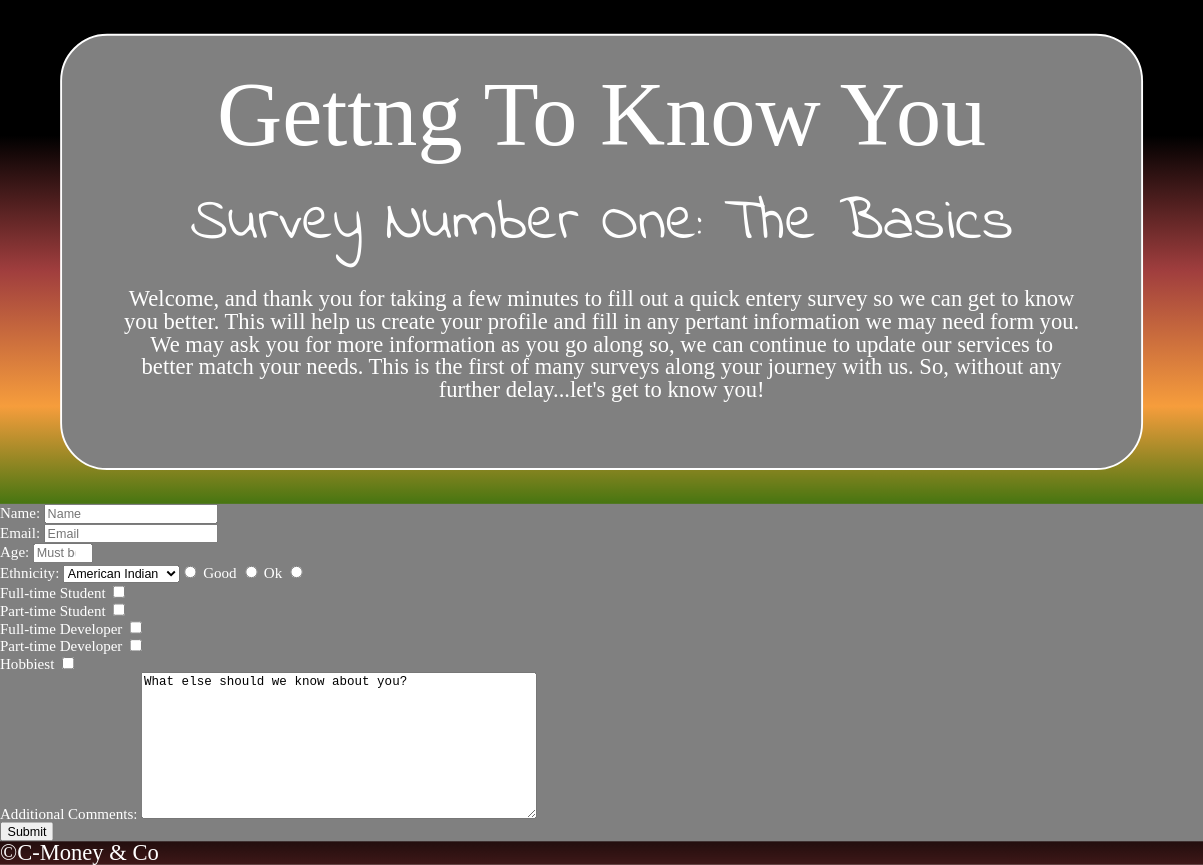
Repository: ctcoleman/surveyForm
Page: index.html
An editor plug-in stored every save of this project. The page is shown before and after a run of saves, followed by the edit.
The browser window is 1280 px wide. The pictures show the whole page, at 94% of full size.
Some web fonts or font styles are not loaded; a fallback is used.

Above is the page before, as saved 2020-06-29 11:08:29.

After the next 4 saves:
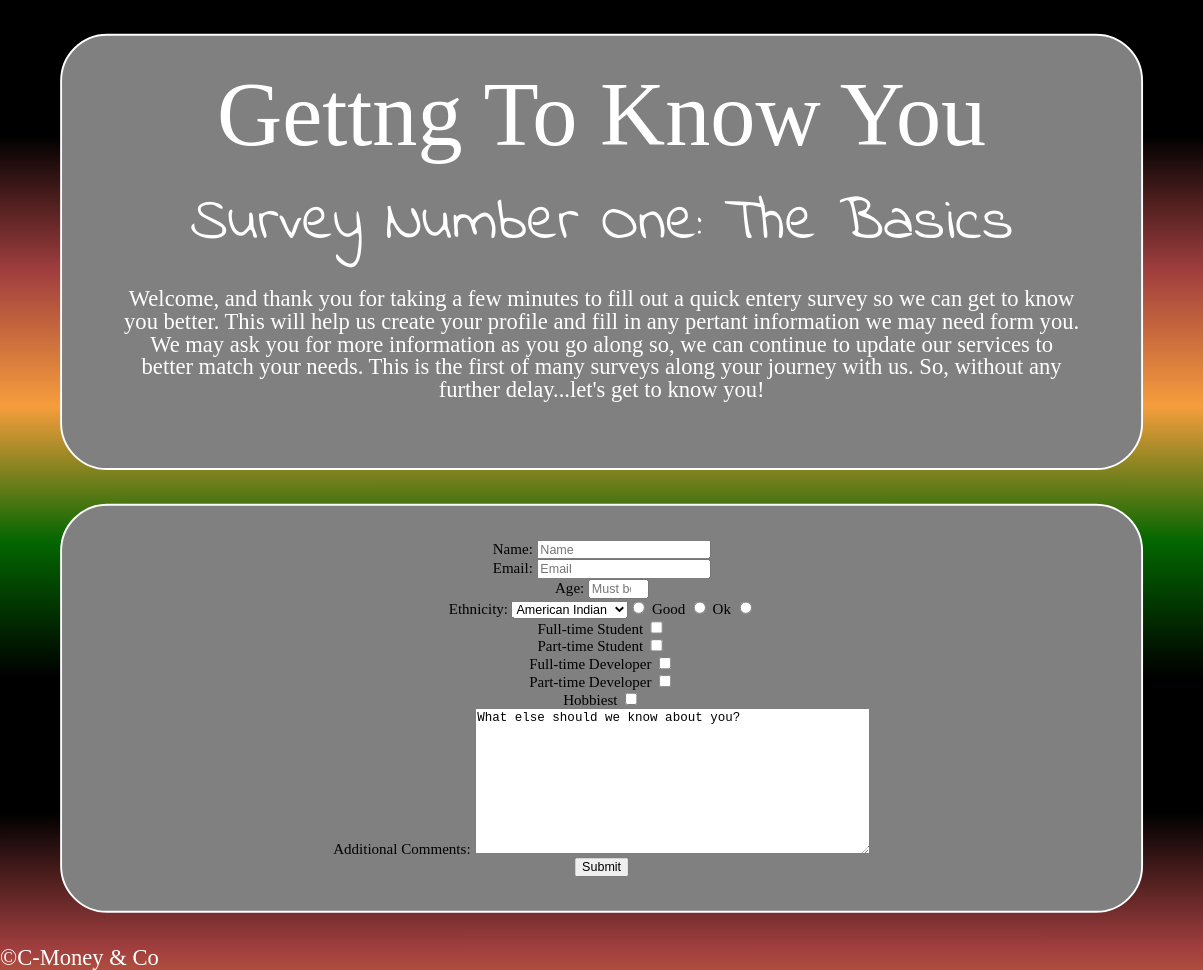
The 4 saves are shown as one change because they came seconds apart.
The last was saved 11 s later.
--- a/assets/stylesheets/index.css
+++ b/assets/stylesheets/index.css
@@ -109,8 +109,11 @@ header {
 
 #surveyForm {
   background: grey;
-
-  color: white;
+  padding: 5vh 5vw;
+  margin: 5vh 5vw;
+  text-align: center;
+  border: 2px solid white;
+  border-radius: 50px;
 }
 
 /*
